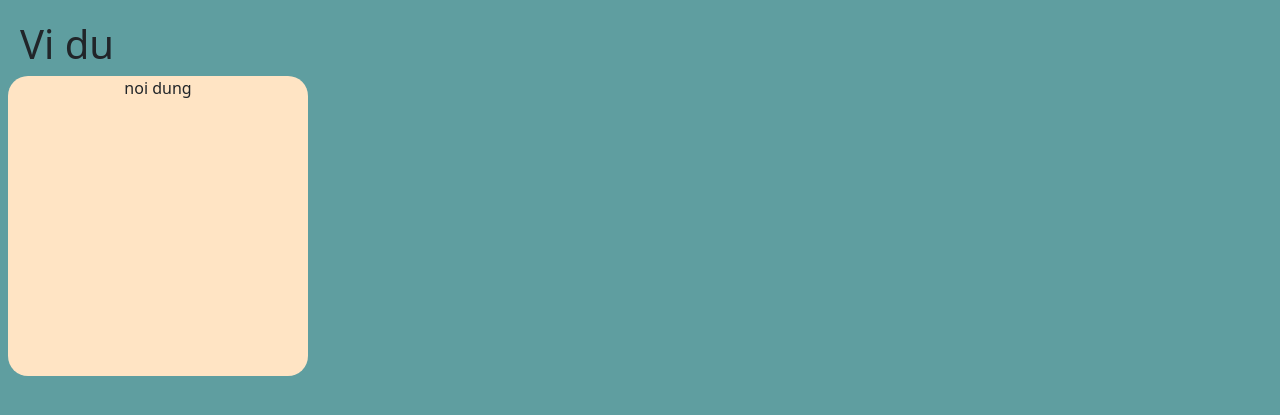
Repository: thanhp6868/ltWeb
Page: 0410/1/1.html
These files come from the project's save history. The page is drawn as it stood at one moment and after the next save; the edit follows.
The browser window is 1280 px wide. The pictures show the whole page.

Above is the page before, as saved 2023-10-04 14:23:32.

### 0410/1/1.html
<!DOCTYPE html>
<html lang="en">

<head>
    <meta charset="UTF-8">
    <link href="https://cdn.jsdelivr.net/npm/bootstrap@5.2.3/dist/css/bootstrap.min.css" rel="stylesheet"
        integrity="sha384-rbsA2VBKQhggwzxH7pPCaAqO46MgnOM80zW1RWuH61DGLwZJEdK2Kadq2F9CUG65" crossorigin="anonymous">
    <meta name="viewport" content="width=device-width, initial-scale=1.0">
    <link rel="stylesheet" type="" href="style1.css">
    <title>Document</title>
</head>

<body style="padding: 20px;">
    <h1>Vi du</h1>
    <div class="row",>
        <div id="vidu_transition">
           <center> <div class="col-3" >
            noi dung
        </div></center>
        </div>
    </div>
</body>

</html>

### 0410/1/style1.css
#vidu_transition{
    border-radius: 20px;
    border: 20px;
    border-color: black;
    height: 300px;
    width: 300px;
    background-color: bisque;
    transition: 0.5s;

}
#vidu_transition:hover{

        height: 500px;
        width: 500px;
        background-color: yellow;
}
body{
    background-color: cadetblue;
}

After the next save:
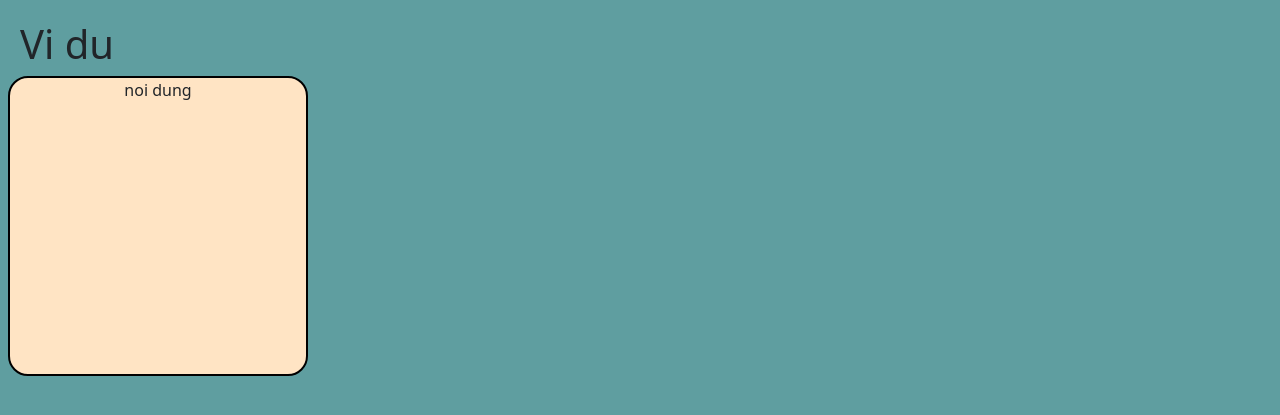
Saved 42 s later.
--- a/0410/1/style1.css
+++ b/0410/1/style1.css
@@ -1,7 +1,6 @@
 #vidu_transition{
     border-radius: 20px;
-    border: 20px;
-    border-color: black;
+    border: 2px solid black;
     height: 300px;
     width: 300px;
     background-color: bisque;
